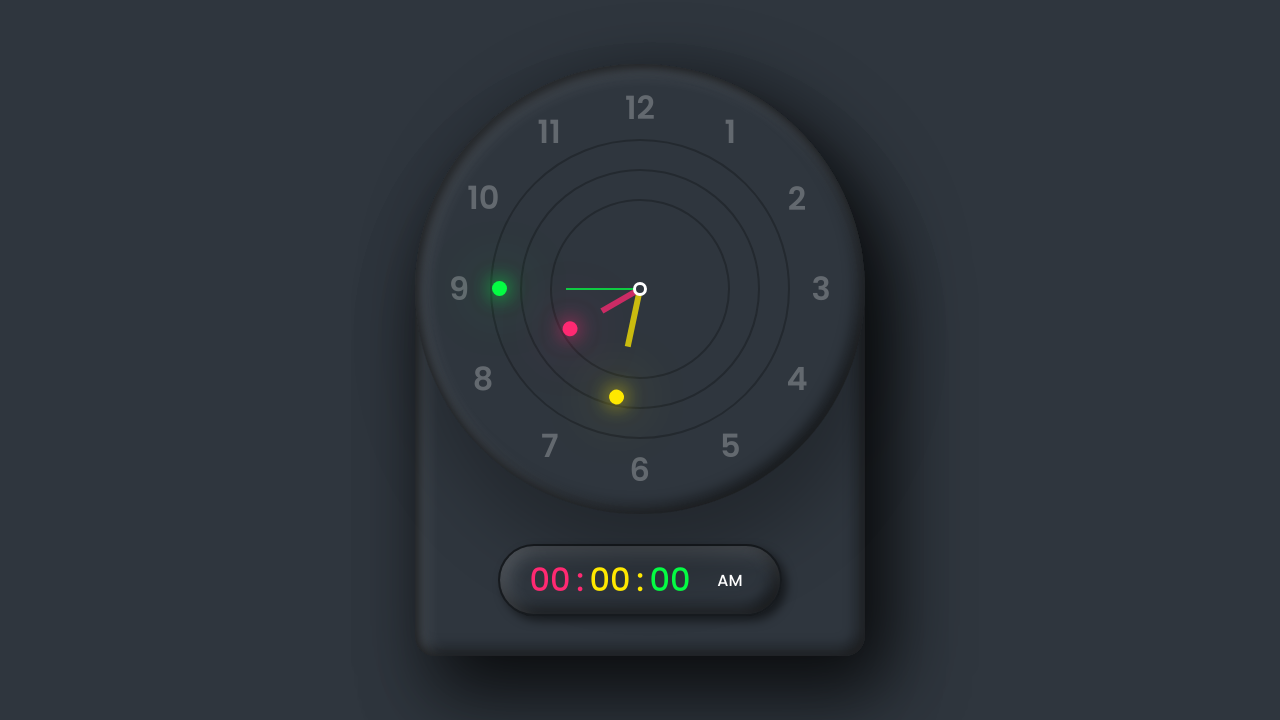
Repository: didierganthier/Clock-Design
Page: index.html
These files come from the project's save history. The page is drawn as it stood at one moment and after the next save; the edit follows.
The browser window is 1280 px wide. The pictures show the whole page.

Above is the page before, as saved 2022-06-26 01:48:33.
Console error: TypeError: Cannot set properties of null (setting 'innerHTML')

### index.html
<!DOCTYPE html>
<html lang="en">

<head>
    <meta charset="UTF-8">
    <meta http-equiv="X-UA-Compatible" content="IE=edge">
    <meta name="viewport" content="width=device-width, initial-scale=1.0">
    <title>Clock</title>
    <link rel="stylesheet" href="styles.css">
</head>

<body>
    <div class="container">
        <div class="clock">

            <div class="circle" style="--clr:#04fc43;" id="sc"><i></i></div>
            <div class="circle circle2" style="--clr:#fee800;" id="mn"><i></i></div>
            <div class="circle circle3" style="--clr:#ff2972;" id="hr"><i></i></div>

            <span style="--i:1;"><b>1</b></span>
            <span style="--i:2;"><b>2</b></span>
            <span style="--i:3;"><b>3</b></span>
            <span style="--i:4;"><b>4</b></span>
            <span style="--i:5;"><b>5</b></span>
            <span style="--i:6;"><b>6</b></span>
            <span style="--i:7;"><b>7</b></span>
            <span style="--i:8;"><b>8</b></span>
            <span style="--i:9;"><b>9</b></span>
            <span style="--i:10;"><b>10</b></span>
            <span style="--i:11;"><b>11</b></span>
            <span style="--i:12;"><b>12</b></span>
        </div>

        <!-- digital clock -->
        <div id="time">
            <div id="hour" style="--clr:#ff2972;">00</div>
            <div id="minutes" style="--clr:#fee800;">00</div>
            <div id="seconds" style="--clr:#04fc43;">00</div>
            <div id="ampm">AM</div>
        </div>
    </div>
    <script>
        let hr = document.querySelector('#hr');
        let mn = document.querySelector('#mn');
        let sc = document.querySelector('#sc');

        setInterval(() => {
            let day = new Date();
            let hh = day.getHours() * 30;
            let mm = day.getMinutes() * 6;
            let ss = day.getSeconds() * 6;

            hr.style.transform = `rotateZ(${hh * (mm / 12)}deg)`;
            mn.style.transform = `rotateZ(${mm}deg)`;
            sc.style.transform = `rotateZ(${ss}deg)`;

            // Digital Clock
            let hours = document.getElementById('hours');
            let minutes = document.getElementById('minutes');
            let seconds = document.getElementById('seconds');
            let ampm = document.getElementById('ampm');

            let h = day.getHours();
            let m = day.getMinutes();
            let s = day.getSeconds();

            hours.innerHTML = h
            minutes.innerHTML = m;
            seconds.innerHTML = s;
        })
    </script>
</body>

</html>

### styles.css
@import url('https://fonts.googleapis.com/css?family=Poppins:200,300,400,500,600,700,800,900&display=swap');

* {
    margin: 0;
    padding: 0;
    box-sizing: border-box;
    font-family: 'Poppins', sans-serif;
}

body {
    display: flex;
    justify-content: center;
    align-items: center;
    min-height: 100vh;
    background: #2f363e;
}

.container {
    position: relative;
    background: #2f363e;
    /* min-height: 500px; */
    border-radius: 20px;
    border-top-left-radius: 225px;
    border-top-right-radius: 225px;
    box-shadow: 25px 25px 75px rgba(0, 0, 0, 0.75),
    10px 50px 70px rgba(0, 0, 0, 0.25),
    inset 5px 5px 10px rgba(0, 0, 0, 0.5),
    inset 5px 5px 20px rgba(255, 255, 255, 0.2),
    inset -5px -5px 15px rgba(0, 0, 0, 0.75);
    display: flex;
    justify-content: center;
    align-items: center;
    flex-direction: column;
}

.clock {
    position: relative;
    width: 450px;
    height: 450px;
    background: #2f363e;
    border-radius: 50%;
    box-shadow: 10px 50px 70px rgba(0, 0, 0, 0.25),
    inset 5px 5px 10px rgba(0, 0, 0, 0.5),
    inset 5px 5px 20px rgba(255, 255, 255, 0.2),
    inset -5px -5px 15px rgba(0, 0, 0, 0.75);
    display: flex;
    justify-content: center;
    align-items: center;
    margin-bottom: 30px;
}

.clock::before {
    content: '';
    position: absolute;
    width: 8px;
    height: 8px;
    background: #2f363e;
    border: 3px solid #fff;
    border-radius: 50%;
    z-index: 100000;
}

.clock span {
    position: absolute;
    inset: 20px;
    color: #fff;
    text-align: center;
    transform: rotate(calc(30deg * var(--i)));
}

.clock span b {
    font-size: 2em;
    opacity: 0.25;
    font-weight: 600;
    display: inline-block;
    transform: rotate(calc(-30deg * var(--i)));
}

.circle {
    position: absolute;
    width: 300px;
    height: 300px;
    border: 2px solid rgb(0, 0, 0, 0.25);
    border-radius: 50%;
    display: flex;
    justify-content: center;
    align-items: flex-start;
    z-index: 10;
}

.circle i {
    position: absolute;
    width: 6px;
    height: 50%;
    background: var(--clr);
    opacity: 0.75;
    transform-origin: bottom;
    transform: scaleY(0.5);
}

.circle:nth-child(1) i {
    width: 2px;
}

.circle:nth-child(2) i {
    width: 6px;
}


.circle2 {
    width: 240px;
    height: 240px;
    z-index: 9;
}

.circle3 {
    width: 180px;
    height: 180px;
    z-index: 8;
}

.circle::before {
    content: '';
    position: absolute;
    top: -0.5px;
    width: 15px;
    height: 15px;
    border-radius: 50%;
    background: var(--clr);
    box-shadow: 0 0 20px var(--clr), 0 0 60px var(--clr);
}

/* digital clock style */
#time {
    margin-bottom: 40px;
    display: flex;
    padding: 10px 20px;
    font-size: 2em;
    font-weight: 600;
    border: 2px solid rgba(0, 0, 0, 0.5);
    border-radius: 40px;
    box-shadow: 5px 5px 10px rgb(0, 0, 0, 0.5),
    inset 5px 5px 20px rgba(255, 255, 255, 0.2),
    inset -5px -5px 15px rgba(0, 0, 0, 0.75)
}

#time div {
    position: relative;
    width: 60px;
    text-align: center;
    font-weight: 500;
    color: var(--clr);
}

#time div:nth-child(1)::after,
#time div:nth-child(2)::after {
    content: ':';
    position: absolute;
    right: -4px;
}

#time div:last-child {
    font-size: 0.5em;
    display: flex;
    justify-content: center;
    align-items: center;
    color: #fff;
}

#time div:nth-child(2)::after {
    animation: animate 1s steps(1) infinite;
}

@keyframes aninate {
    0%{
        opacity: 1;
    }
    50%{
        opacity: 0;
    }
}

After the next save:
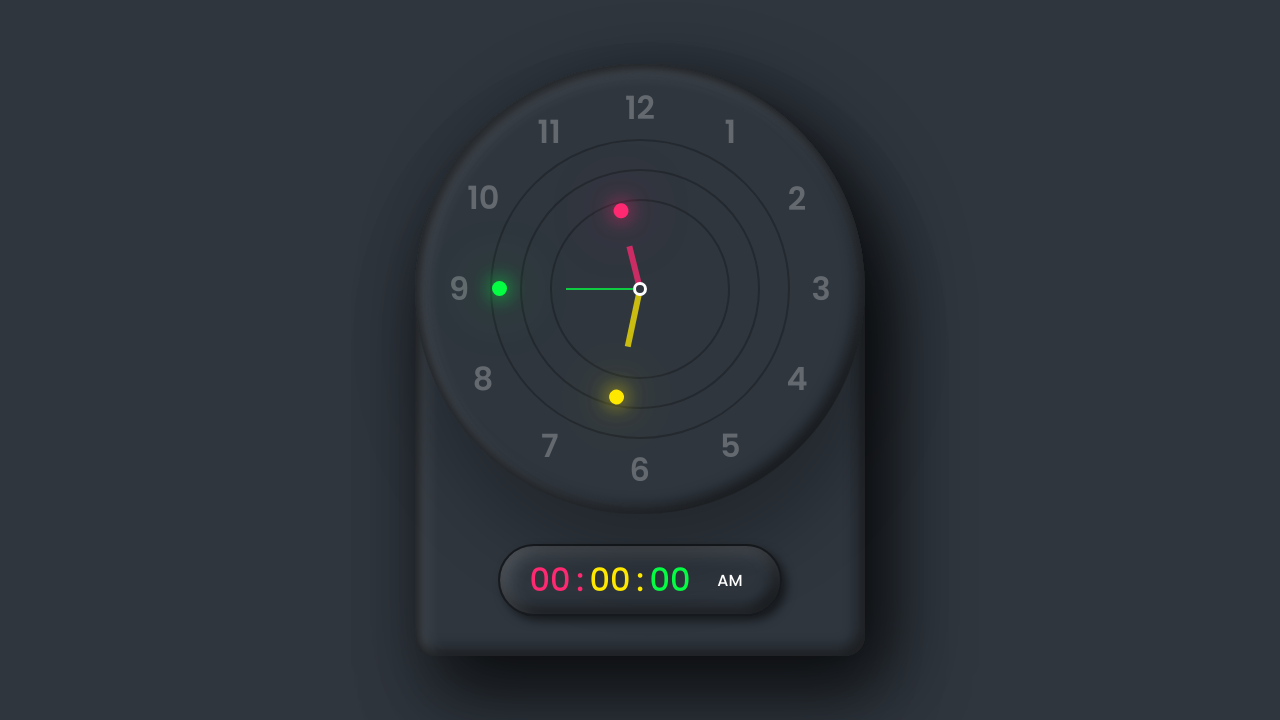
Saved 30 s later.
--- a/index.html
+++ b/index.html
@@ -50,7 +50,7 @@
             let mm = day.getMinutes() * 6;
             let ss = day.getSeconds() * 6;
 
-            hr.style.transform = `rotateZ(${hh * (mm / 12)}deg)`;
+            hr.style.transform = `rotateZ(${hh + (mm / 12)}deg)`;
             mn.style.transform = `rotateZ(${mm}deg)`;
             sc.style.transform = `rotateZ(${ss}deg)`;
 
